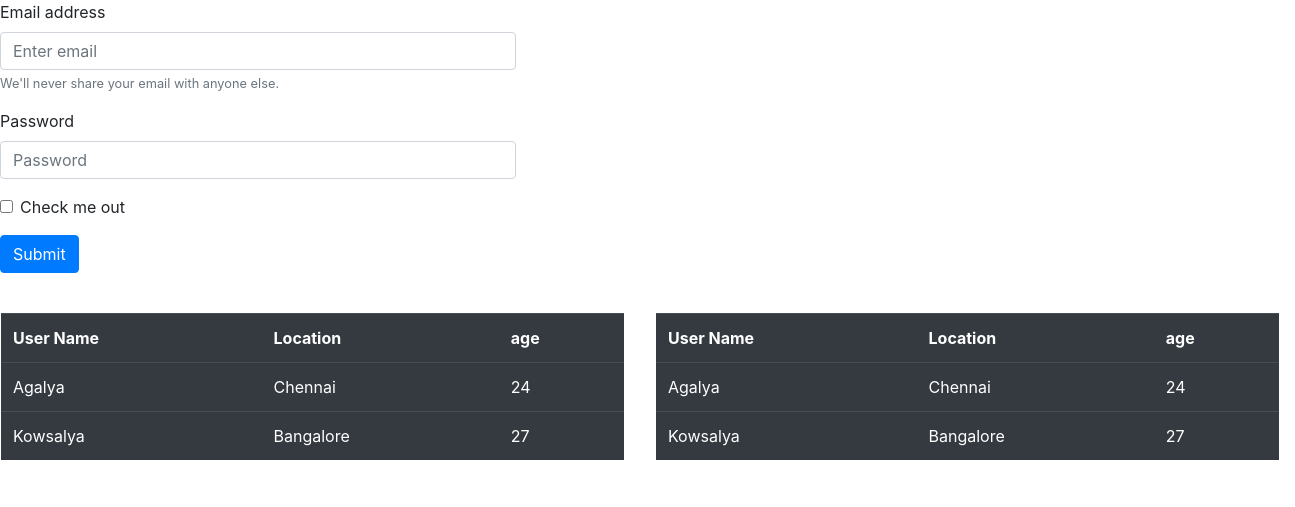
Repository: rajeshkannane/java1
Page: Form/public/index.html
An editor plug-in stored every save of this project. The page is shown before and after the next save, followed by the edit.
The browser window is 1280 px wide. The page is 1295 px wide, so the pictures cover 1295 px, including what lies to the right of the window. The pictures show the whole page.

Above is the page before, as saved 2022-11-14 16:54:02.

After the next save:
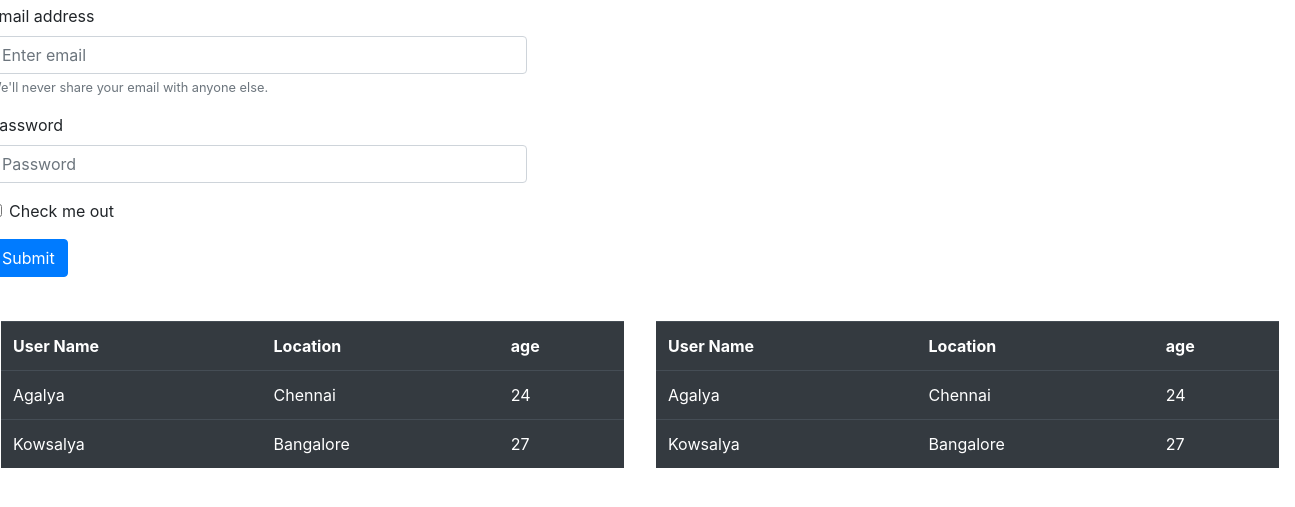
Saved 8 s later.
--- a/Form/public/index.html
+++ b/Form/public/index.html
@@ -9,7 +9,7 @@
 
 <body>
 <div class="row">
-<div class="col-sm-5 p-10">
+<div class="col-sm-5 p-1">
 <form>
   <div class="form-group">
     <label for="exampleInputEmail1">Email address</label>
